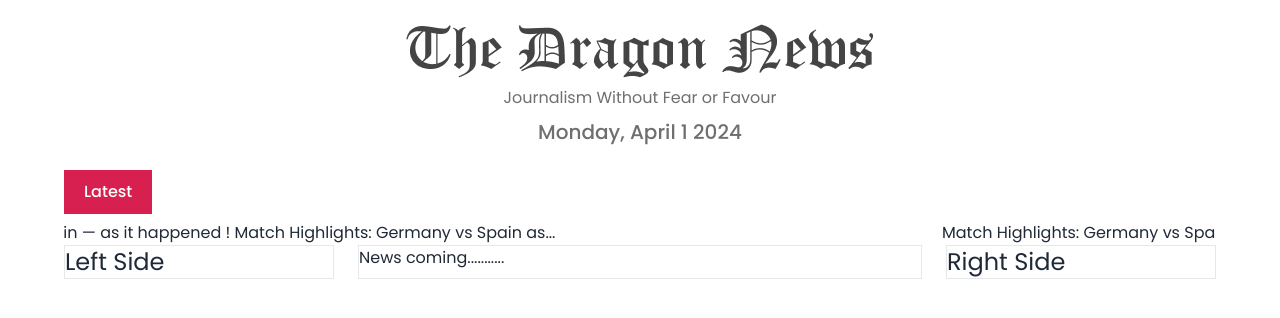
Repository: ShouravAhammed/react-dragon-news-auth
Page: /
These files come from the project's save history. The page is drawn as it stood at one moment and after the next save; the edit follows.
The browser window is 1280 px wide. The pictures show the whole page.
The project was rebuilt for these pictures with package versions that can differ from the ones it lists, and the page was loaded fresh each time. Also part of the build but not shown: vite.config.js, src/pages/About/About.jsx, src/pages/Career/Career.jsx.

Above is the page before, as saved 2024-04-13 02:49:23.

After the next save:
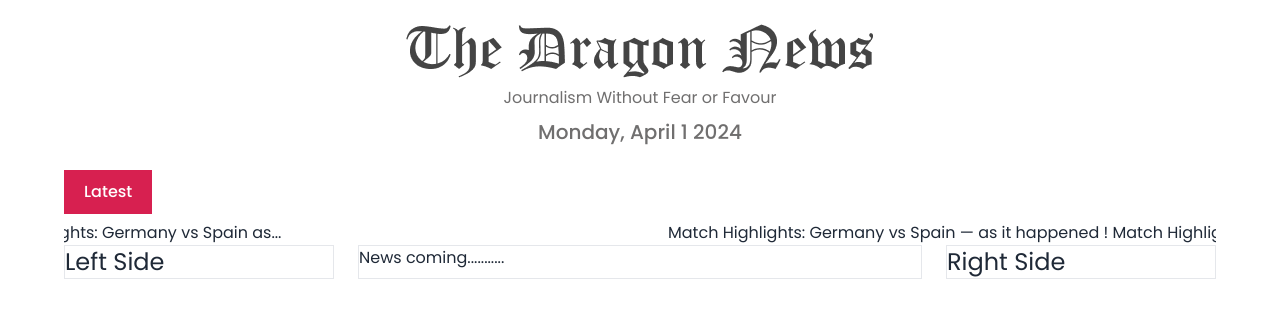
Saved 79 s later.
--- a/src/pages/BreakingNews/BreakingNews.jsx
+++ b/src/pages/BreakingNews/BreakingNews.jsx
@@ -9,7 +9,7 @@ const BreakingNews = () => {
 <span className="absolute top-0 left-0 flex w-full h-0 mb-0 transition-all duration-200 ease-out transform translate-y-0 bg-gray-50 group-hover:h-full"></span>
 <span className="relative group-hover:text-[#D72050]">Latest</span>
 </Link>
-<Marquee>
+<Marquee pauseOnHover={true} speed={100}>
     <p>Match Highlights: Germany vs Spain — as it happened   !   Match Highlights: Germany vs Spain as...</p>
 </Marquee>
         </div>
